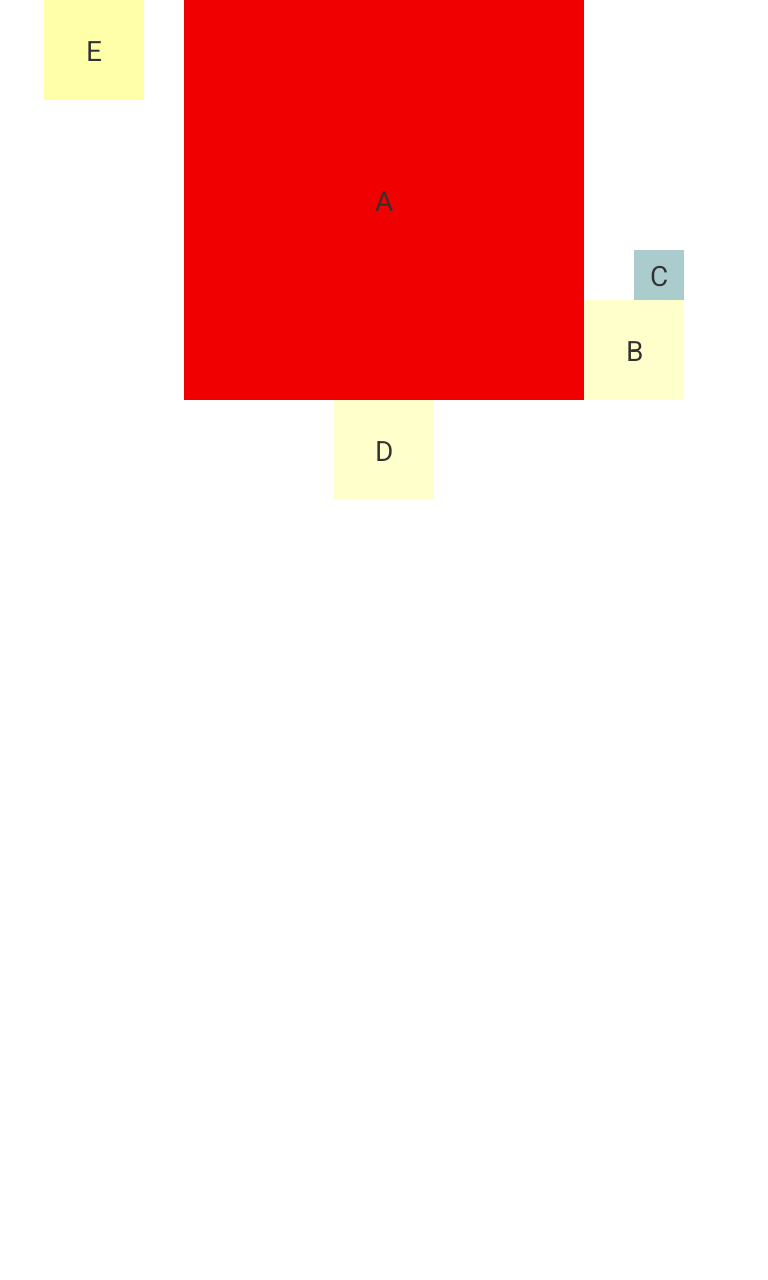
Repository: ablanchard/formation-android
Layout: Bonus/res/layout/fragment_main.xml
The author's editor kept a copy of each file at every save. The layout is drawn from the files as they stood at one save, then again after the next save.
It is drawn on a 768 x 1280 px phone screen (xhdpi) without system bars, with theme AppTheme; the app's code is not run.

Above is the layout before, as saved 2014-04-29 10:11:06.

### Bonus/res/layout/fragment_main.xml
<RelativeLayout xmlns:android="http://schemas.android.com/apk/res/android"
    xmlns:tools="http://schemas.android.com/tools"
    android:layout_width="match_parent"
    android:layout_height="match_parent"
    tools:context="com.example.bonus.MainActivity$PlaceholderFragment" >


    <TextView
        android:layout_width="50dp"
        android:layout_height="50dp"
        android:text="E"
        android:gravity="center"
        android:layout_marginRight="20dp"
        android:background="#FFFFFFAA"
        android:layout_toLeftOf="@+id/A"
        android:layout_alignParentTop="true"
        android:id="@+id/E"/>

     <TextView
        android:layout_width="200dp"
        android:layout_height="200dp"
        android:text="A"
        android:gravity="center"
        android:id="@+id/A"
        android:background="#FFF00000"
        android:layout_centerHorizontal="true"
        android:layout_alignParentTop="true"/>

     <TextView
        android:layout_width="50dp"
        android:layout_height="50dp"
        android:text="D"
        android:gravity="center"
        android:id="@+id/D"
        android:background="#FFFFFFCC"
        android:layout_centerHorizontal="true"
        android:layout_below="@+id/A"/>
     <TextView
        android:layout_width="50dp"
        android:layout_height="50dp"
        android:text="B"
        android:gravity="center"
        android:id="@+id/B"
        android:background="#FFFFFFCC"
        android:layout_toRightOf="@+id/A"
        android:layout_alignBottom="@+id/A"/>

     <TextView
        android:layout_width="25dp"
        android:layout_height="25dp"
        android:text="C"
        android:gravity="center"
        android:id="@+id/C"
        android:background="#FFAACCCC"
        android:layout_above="@+id/B"
        android:layout_alignRight="@+id/B"/>


</RelativeLayout>

Loaded but not shown: Bonus/res/values/styles.xml (common file); Bonus/res/values-v11/styles.xml (common file); Bonus/res/values-v14/styles.xml (common file)

After the next save:
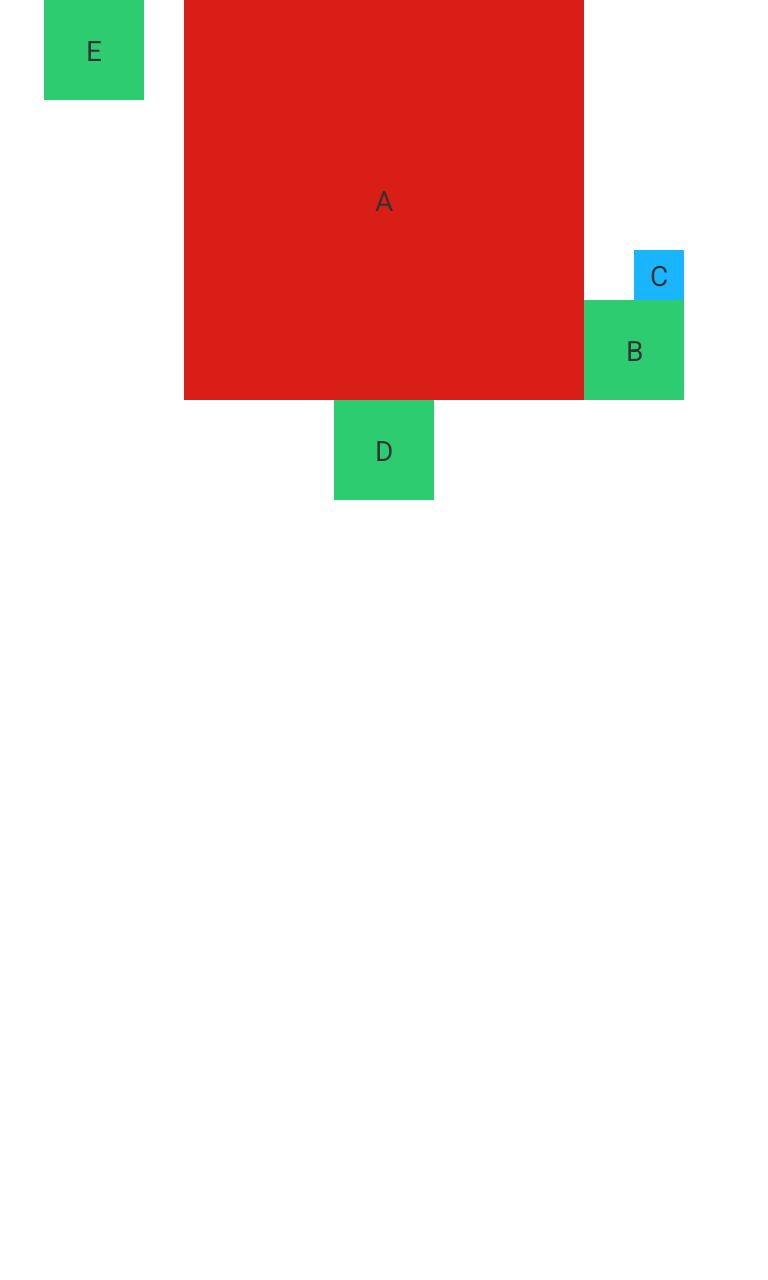
Saved 3 min 18 s later.
--- a/Bonus/res/layout/fragment_main.xml
+++ b/Bonus/res/layout/fragment_main.xml
@@ -11,7 +11,7 @@
         android:text="E"
         android:gravity="center"
         android:layout_marginRight="20dp"
-        android:background="#FFFFFFAA"
+        android:background="#FF2ECC71"
         android:layout_toLeftOf="@+id/A"
         android:layout_alignParentTop="true"
         android:id="@+id/E"/>
@@ -22,7 +22,7 @@
         android:text="A"
         android:gravity="center"
         android:id="@+id/A"
-        android:background="#FFF00000"
+        android:background="#FFD91E18"
         android:layout_centerHorizontal="true"
         android:layout_alignParentTop="true"/>
 
@@ -32,7 +32,7 @@
         android:text="D"
         android:gravity="center"
         android:id="@+id/D"
-        android:background="#FFFFFFCC"
+        android:background="#FF2ECC71"
         android:layout_centerHorizontal="true"
         android:layout_below="@+id/A"/>
      <TextView
@@ -41,7 +41,7 @@
         android:text="B"
         android:gravity="center"
         android:id="@+id/B"
-        android:background="#FFFFFFCC"
+        android:background="#FF2ECC71"
         android:layout_toRightOf="@+id/A"
         android:layout_alignBottom="@+id/A"/>
 
@@ -51,7 +51,7 @@
         android:text="C"
         android:gravity="center"
         android:id="@+id/C"
-        android:background="#FFAACCCC"
+        android:background="#FF19B5FE"
         android:layout_above="@+id/B"
         android:layout_alignRight="@+id/B"/>
 
